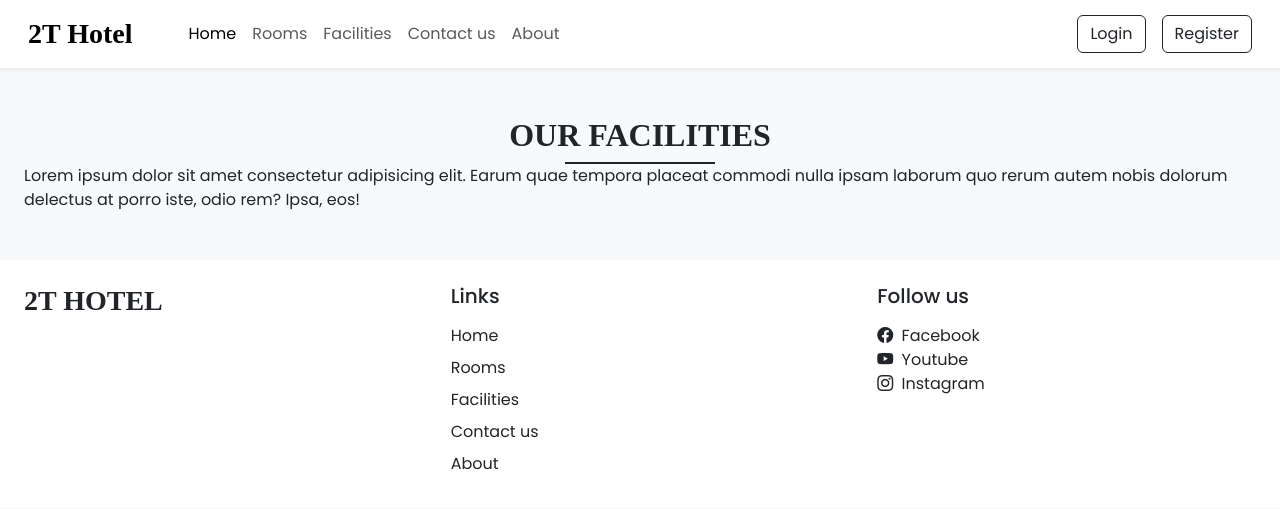
Repository: ntruong0906/desktop-tutorial
Page: http://localhost/facilities.php
An editor plug-in stored every save of this project. The page is shown before and after the next save, followed by the edit.
The browser window is 1280 px wide. The pictures show the whole page.
Some web fonts or font styles are not loaded; a fallback is used. The page is run by PHP 8.4 with error messages shown; the project is at /var/www/html/.

Above is the page before, as saved 2024-03-17 16:21:53.

### WebsiteBookingHotel/facilities.php
<!DOCTYPE html>
<html lang="en">

<head>
    <meta charset="UTF-8">
    <meta http-equiv="X-UA-Compatible" content="IE-edge">
    <meta name="viewport" content="width=device-width, initial-scale=1.0">
    <title>2T Hotel - FACILITIES</title>
    <?php require('inc/links.php'); ?>
    <link rel="stylesheet" href="https://cdn.jsdelivr.net/npm/swiper@11/swiper-bundle.min.css" />
    <style>
    @media screen and (max-width: 575px) {
        .availability-form {
            margin: 25px;
            padding: 0 35px;
        }
    }
    </style>
</head>

<body class="bg-light">
    <?php require('inc/header.php'); ?>

    <div class="my-5 px-4">
        <h2 class="fw-bold h-font text-center">OUR FACILITIES</h2>
        <div class="h-line bg-dark"></div>
        <p>Lorem ipsum dolor sit amet consectetur adipisicing elit. Earum quae tempora placeat commodi nulla ipsam
            laborum quo rerum autem nobis dolorum delectus at porro iste, odio rem? Ipsa, eos!</p>
    </div>
    <!-- footer -->
    <?php require('inc/footer.php'); ?>




    <!-- <script src="https://cdn.jsdelivr.net/npm/swiper@11/swiper-bundle.min.js"></script>
    <script src="https://cdn.jsdelivr.net/npm/bootstrap@5.3.3/dist/js/bootstrap.bundle.min.js"
        integrity="sha384-YvpcrYf0tY3lHB60NNkmXc5s9fDVZLESaAA55NDzOxhy9GkcIdslK1eN7N6jIeHz" crossorigin="anonymous">
    </script> -->
    <!-- <script>
    var swiper = new Swiper(".swiper-container", {
        spaceBetween: 30,
        effect: "fade",
        loop: true,
        autoplay: {
            delay: 3500,
            disableOnInteraction: false,
        }
    });
    var swiper = new Swiper(".swiper-testimonials", {
        effect: "coverflow",
        grabCursor: true,
        centeredSlides: true,
        slidesPerView: "auto",
        slidesPerView: "3",
        loop: true,
        coverflowEffect: {
            rotate: 50,
            stretch: 0,
            depth: 100,
            modifier: 1,
            slideShadows: false,
        },
        pagination: {
            el: ".swiper-pagination",
        },
        breakpoints: {
            320: {
                slidesPerView: 1,
            },
            640: {
                slidesPerView: 1,
            },
            768: {
                slidesPerView: 2,
            },
            1024: {
                slidesPerView: 3,
            },
        }
    });
    </script> -->
</body>

</html>

### WebsiteBookingHotel/inc/links.php
<link href="https://cdn.jsdelivr.net/npm/bootstrap@5.3.3/dist/css/bootstrap.min.css" rel="stylesheet"
    integrity="sha384-QWTKZyjpPEjISv5WaRU9OFeRpok6YctnYmDr5pNlyT2bRjXh0JMhjY6hW+ALEwIH" crossorigin="anonymous">
<link href="https://fonts.googleapis.com/css2?family=Merienda:wght@400;700&family=Poppins:wght@400;500;600&display=swap"
    rel="stylesheet">
<link rel="stylesheet" href="https://cdn.jsdelivr.net/npm/bootstrap-icons@1.11.3/font/bootstrap-icons.min.css">
<link rel="stylesheet" href="css/common.css">

### WebsiteBookingHotel/inc/header.php
<nav class="navbar navbar-expand-lg navbar-light bg-white px-lg-3 py-lg-2 shadow-sm sticky-top">
    <div class="container-fluid">
        <a class="navbar-brand me-5 fw-bold fs-3 h-font" href="index.php">2T Hotel</a>
        <button class="navbar-toggler shadow-none" type="button" data-bs-toggle="collapse"
            data-bs-target="#navbarSupportedContent" aria-controls="navbarSupportedContent" aria-expanded="false"
            aria-label="Toggle navigation">
            <span class="navbar-toggler-icon"></span>
        </button>
        <div class="collapse navbar-collapse" id="navbarSupportedContent">
            <ul class="navbar-nav me-auto mb-2 mb-lg-0">
                <li class="nav-item">
                    <a class="nav-link active" aria-current="page" href="index.php">Home</a>
                </li>
                <li class="nav-item">
                    <a class="nav-link" href="#">Rooms</a>
                </li>
                <li class="nav-item">
                    <a class="nav-link" href="facilities.php">Facilities</a>
                </li>
                <li class="nav-item">
                    <a class="nav-link" href="#">Contact us</a>
                </li>
                <li class="nav-item">
                    <a class="nav-link" href="#">About</a>
                </li>
            </ul>
            <div class="d-flex">
                <button type="button" class="btn btn-outline-dark shadow-none me-lg-3 me-2" data-bs-toggle="modal"
                    data-bs-target="#loginModal">
                    Login
                </button>
                <button type="button" class="btn btn-outline-dark shadow-none " data-bs-toggle="modal"
                    data-bs-target="#registerModal">
                    Register
                </button>
            </div>
        </div>
    </div>
</nav>

<!-- login -->
<div class="modal fade" id="loginModal" data-bs-backdrop="static" data-bs-keyboard="false" tabindex="-1"
    aria-labelledby="staticBackdropLabel" aria-hidden="true">
    <div class="modal-dialog">
        <div class="modal-content">
            <form>
                <div class="modal-header">
                    <h5 class="modal-title d-flex align-item-center">
                        <i class="bi bi-person-circle fs-5 me-2"></i> User login
                    </h5>
                    <button type="reset" class="btn-close shadow-none" data-bs-dismiss="modal"
                        aria-label="Close"></button>
                </div>
                <div class="modal-body">
                    <div class="mb-3">
                        <label class="form-label">Email address</label>
                        <input type="email" class="form-control shadow-none">
                    </div>
                    <div class="mb-4">
                        <label class="form-label">Password</label>
                        <input type="password" class="form-control shadow-none">
                    </div>
                    <div class="d-flex align-items-center justify-content-between mb-2">
                        <button type="submit" class="btn btn-dark shadow-none">LOGIN</button>
                        <a href="javascript: void(0)" class="text-secondary text-decoration-none">Forgot
                            Password?</a>
                    </div>
                </div>
            </form>
        </div>
    </div>
</div>

<!-- Register -->
<div class="modal fade" id="registerModal" data-bs-backdrop="static" data-bs-keyboard="false" tabindex="-1"
    aria-labelledby="staticBackdropLabel" aria-hidden="true">
    <div class="modal-dialog modal-lg">
        <div class="modal-content">
            <form>
                <div class="modal-header">
                    <h5 class="modal-title d-flex align-item-center">
                        <i class="bi bi-person-lines-fill fs-5 me-2"></i>
                        User Registration
                    </h5>
                    <button type="reset" class="btn-close shadow-none" data-bs-dismiss="modal"
                        aria-label="Close"></button>
                </div>
                <div class="modal-body">
                    <span class="badge rounded-pill bg-light text-dark mb-3 text-wrap lh-base">
                        Note: Your details must match with your ID (Aadhar card, passport, driving license, etc.)
                        that will be required dring check-in.
                    </span>
                    <div class="container-fluid">
                        <div class="row">
                            <!-- Name -->
                            <div class="col-md-6 ps-0 mb-3">
                                <label class="form-label">Name</label>
                                <input type="text" class="form-control shadow-none">
                            </div>
                            <!-- Email -->
                            <div class="col-md-6 p-0 mb-3">
                                <label class="form-label">Email</label>
                                <input type="email" class="form-control shadow-none">
                            </div>
                            <!-- Phone Number -->
                            <div class="col-md-6 ps-0 mb-3">
                                <label class="form-label">Phone Number</label>
                                <input type="number" class="form-control shadow-none">
                            </div>
                            <!-- Picture -->
                            <div class="col-md-6 p-0 mb-3">
                                <label class="form-label">Picture</label>
                                <input type="file" class="form-control shadow-none">
                            </div>
                            <!-- Address -->
                            <div class="col-md-12 p-0 mb-3">
                                <label class="form-label">Address</label>
                                <textarea class="form-control shadow-none" rows="1"></textarea>
                            </div>
                            <!-- Pincode -->
                            <div class="col-md-6 ps-0 mb-3">
                                <label class="form-label">Pincode</label>
                                <input type="number" class="form-control shadow-none">
                            </div>
                            <!-- Date of birth -->
                            <div class="col-md-6 p-0 mb-3">
                                <label class="form-label">Date of birth</label>
                                <input type="date" class="form-control shadow-none">
                            </div>
                            <!-- Password -->
                            <div class="col-md-6 ps-0 mb-3">
                                <label class="form-label">Password</label>
                                <input type="password" class="form-control shadow-none">
                            </div>
                            <!-- Comfirm Password -->
                            <div class="col-md-6 p-0 mb-3">
                                <label class="form-label">Comfirm Password</label>
                                <input type="password" class="form-control shadow-none">
                            </div>
                        </div>
                    </div>
                    <div class="text-center my-1">
                        <button type="submit" class="btn btn-dark shadow-none">REGISTER</button>
                    </div>
                </div>
            </form>
        </div>
    </div>
</div>

### WebsiteBookingHotel/inc/footer.php
<div class="container-fluid bg-white mt-5">
    <div class="row">
        <div class="col-lg-4 p-4">
            <h3 class="h-font fw-bold fs-3">2T HOTEL</h3>
            <p>

            </p>
        </div>
        <div class="col-lg-4 p-4">
            <h5 class="mb-3">Links</h5>
            <a href="#" class="d-inline-block mb-2 text-dark text-decoration-none">Home</a><br>
            <a href="#" class="d-inline-block mb-2 text-dark text-decoration-none">Rooms</a><br>
            <a href="#" class="d-inline-block mb-2 text-dark text-decoration-none">Facilities</a><br>
            <a href="#" class="d-inline-block mb-2 text-dark text-decoration-none">Contact us</a><br>
            <a href="#" class="d-inline-block mb-2 text-dark text-decoration-none">About</a>
        </div>
        <div class="col-lg-4 p-4">
            <h5 class="mb-3">Follow us</h5>
            <a href="#" class="d-inline-block text-dark text-decoration-none md-2">
                <i class="bi bi-facebook me-1"></i> Facebook
            </a><br>
            <a href="#" class="d-inline-block text-dark text-decoration-none md-2">
                <i class="bi bi-youtube me-1"></i> Youtube
            </a><br>
            <a href="#" class="d-inline-block text-dark text-decoration-none ">
                <i class="bi bi-instagram me-1"></i> Instagram
            </a><br>
        </div>
    </div>
</div>

### WebsiteBookingHotel/css/common.css
:root{
    --teal: #2ec1ac;
    --teal_hover: #279e8c;
}

* {
    font-family: 'Poppins', sans-serif;
}

.h-font {
    font-family: 'Merienda', cursive;
}

input::-webkit-outer-spin-button,
input::-webkit-inner-spin-button {
    -webkit-appearance: none;
    margin: 0;
}

/* input[type=number] {
    -moz-appearance: textfield;
} */

.custom-bg {
    background-color: var(--teal);
    border: 1px solid var(--teal);
}

.custom-bg:hover {
    background-color: var(--teal_hover);
    border-color: var(--teal_hover);
}

.availability-form {
    margin-top: -50px;
    z-index: 2;
    position: relative;
}
.h-line{
    width: 150px ;
    margin: 0 auto;
    height: 1.7px;
}

After the next save:
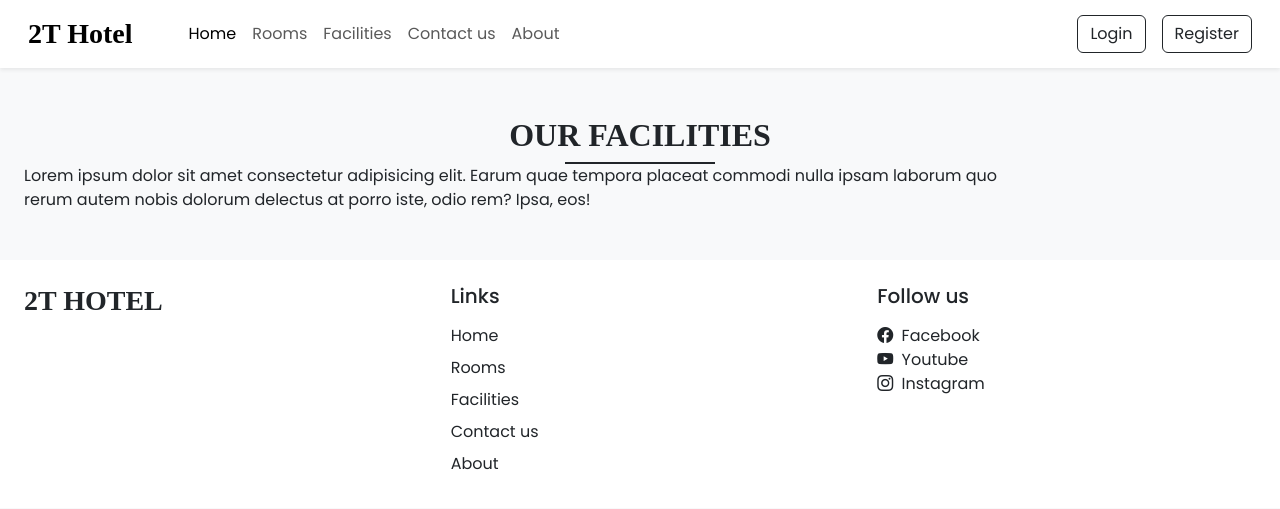
Saved 38 s later.
--- a/WebsiteBookingHotel/facilities.php
+++ b/WebsiteBookingHotel/facilities.php
@@ -25,7 +25,7 @@
         <h2 class="fw-bold h-font text-center">OUR FACILITIES</h2>
         <div class="h-line bg-dark"></div>
         <p>Lorem ipsum dolor sit amet consectetur adipisicing elit. Earum quae tempora placeat commodi nulla ipsam
-            laborum quo rerum autem nobis dolorum delectus at porro iste, odio rem? Ipsa, eos!</p>
+            laborum quo <br> rerum autem nobis dolorum delectus at porro iste, odio rem? Ipsa, eos!</p>
     </div>
     <!-- footer -->
     <?php require('inc/footer.php'); ?>
